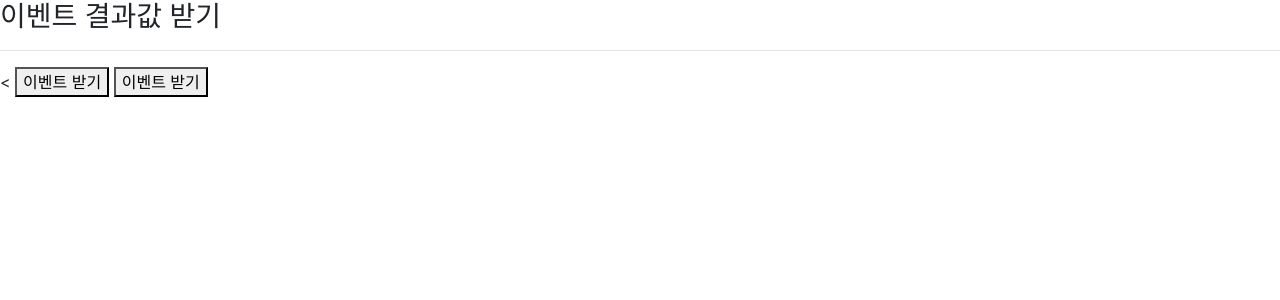
Repository: snowskyblue/SpringEx
Page: http://localhost/1209sseEx1/sse
An editor plug-in stored every save of this project. The page is shown before and after the next save, followed by the edit.
The browser window is 1280 px wide. The pictures show the whole page.
The page is served by Tomcat 9. Other server files are loaded and not shown.

Above is the page before, as saved 2019-12-09 05:11:04.

### 1209sseEx1/src/main/webapp/WEB-INF/views/sse.jsp
<%@ page language="java" contentType="text/html; charset=UTF-8"
    pageEncoding="UTF-8"%>
<%@ taglib prefix="c" uri="http://java.sun.com/jsp/jstl/core" %>
<%@ taglib prefix="x" uri="http://java.sun.com/jsp/jstl/xml" %>
<%@ taglib prefix="fmt" uri="http://java.sun.com/jsp/jstl/fmt" %>
<%@ taglib prefix="sql" uri="http://java.sun.com/jsp/jstl/sql" %>
<%@ taglib prefix="fn" uri="http://java.sun.com/jsp/jstl/functions" %>


<!DOCTYPE html>
<html lang="ko">
<head>
<meta charset="UTF-8">
<meta http-equiv="X-UA-Compatible" content="IE=edge">
<meta name="viewport" content="width=device-width, initial-scale=1.0">
<!--bootstrap -->
<link rel="stylesheet" href="https://maxcdn.bootstrapcdn.com/bootstrap/4.3.1/css/bootstrap.min.css">
<!--font-awesome -->
<link rel="stylesheet" href="https://cdnjs.cloudflare.com/ajax/libs/font-awesome/4.7.0/css/font-awesome.min.css">
<title>Insert title here</title>
</head>
<body>

<h3>이벤트 결과값 받기</h3>
<hr/>
<
<button type="button" id="btn1">이벤트 받기</button>
<button type="button" id="btn1">이벤트 받기</button>

<!--jquery -->
<script src="https://ajax.googleapis.com/ajax/libs/jquery/3.4.1/jquery.min.js"></script>
<!--popper -->
<script src="https://cdnjs.cloudflare.com/ajax/libs/popper.js/1.14.7/umd/popper.min.js"></script>
<!--javascript -->
<script src="https://maxcdn.bootstrapcdn.com/bootstrap/4.3.1/js/bootstrap.min.js"></script>
</body>
</html>

After the next save:
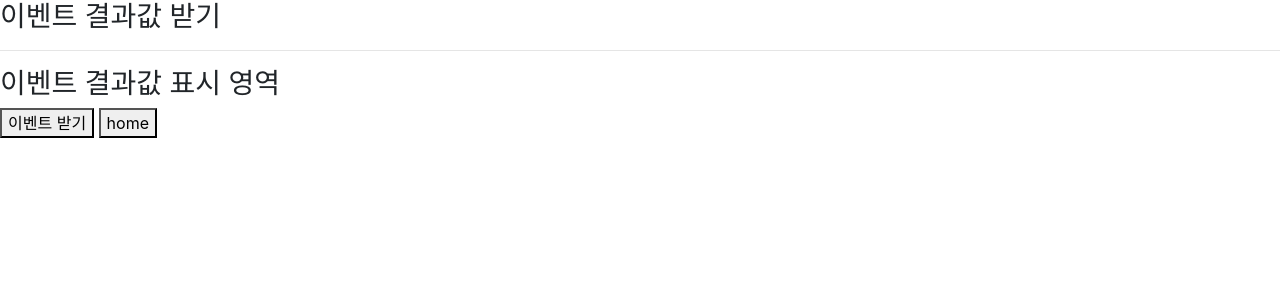
Saved 29 s later.
--- a/1209sseEx1/src/main/webapp/WEB-INF/views/sse.jsp
+++ b/1209sseEx1/src/main/webapp/WEB-INF/views/sse.jsp
@@ -23,9 +23,10 @@
 
 <h3>이벤트 결과값 받기</h3>
 <hr/>
-<
+<h3>이벤트 결과값 표시 영역</h3>
+<div id="div1"></div>
 <button type="button" id="btn1">이벤트 받기</button>
-<button type="button" id="btn1">이벤트 받기</button>
+<button type="button" id="btn2">home</button>
 
 <!--jquery -->
 <script src="https://ajax.googleapis.com/ajax/libs/jquery/3.4.1/jquery.min.js"></script>
